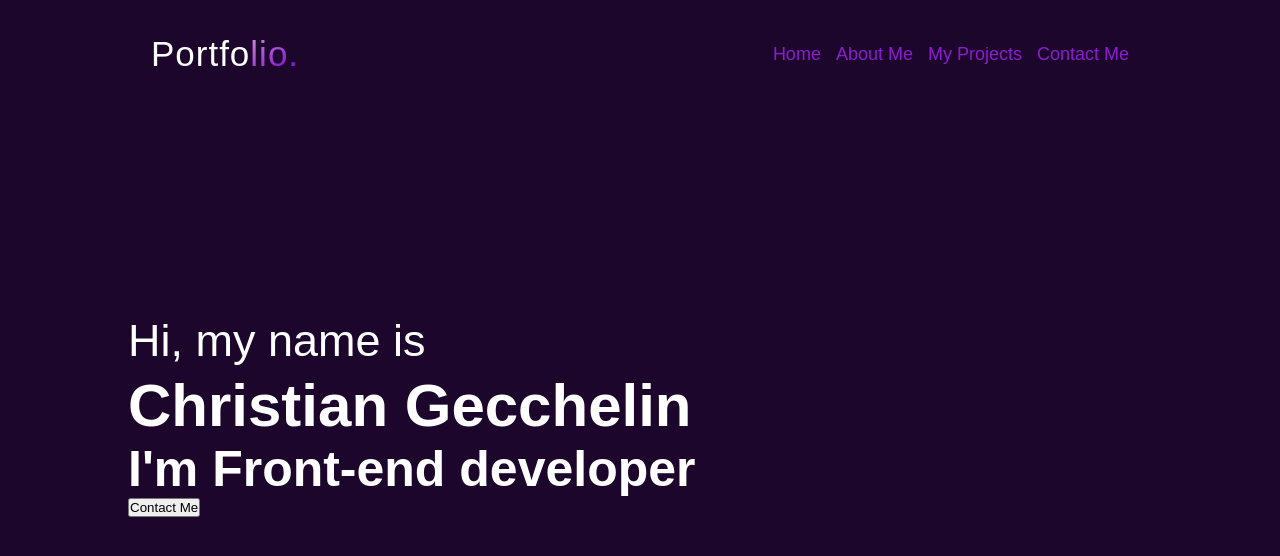
Repository: ChristianGecchelin/portfolio-web
Page: /
These files come from the project's save history. The page is drawn as it stood at one moment and after the next save; the edit follows.
The browser window is 1280 px wide. The pictures show the whole page.
The project was rebuilt for these pictures with package versions that can differ from the ones it lists, and the page was loaded fresh each time. Also part of the build but not shown: src/App/App.css.

Above is the page before, as saved 2022-01-20 19:31:18.

After the next save:
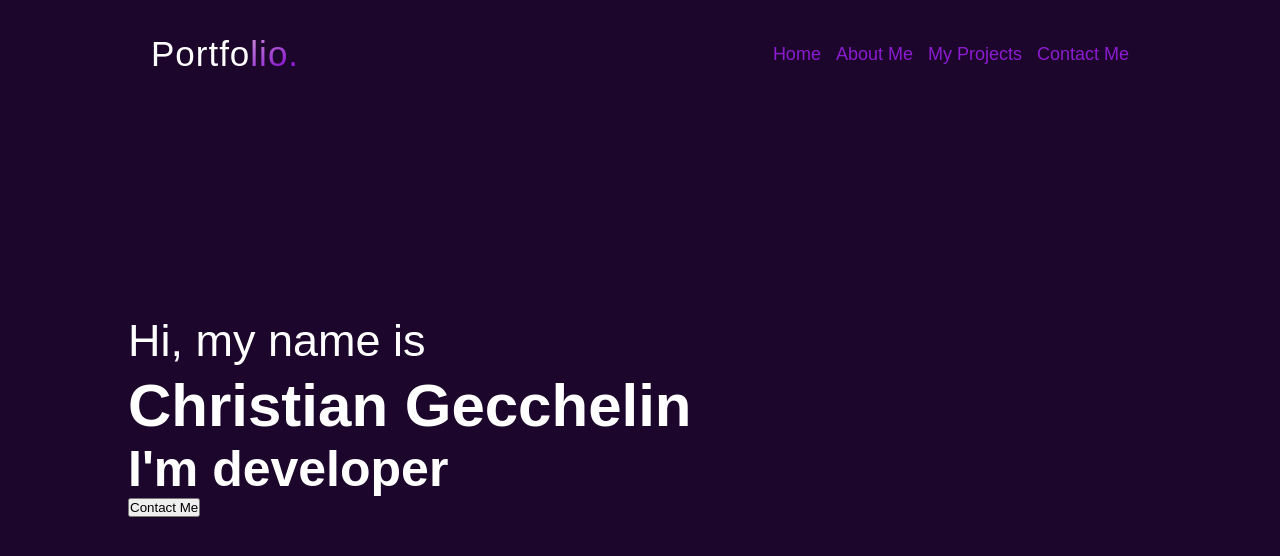
Saved 10 s later.
--- a/src/Home/Index.js
+++ b/src/Home/Index.js
@@ -6,7 +6,7 @@
       <div className="text-container">
         <p className="first-lineText">Hi, my name is</p>
         <p className="principal-lineText">Christian Gecchelin</p>
-        <p className="secondary-lineText">I'm Front-end developer</p>
+        <p className="secondary-lineText">I'm developer</p>
       </div>
       <button>Contact Me</button>
     </section>
